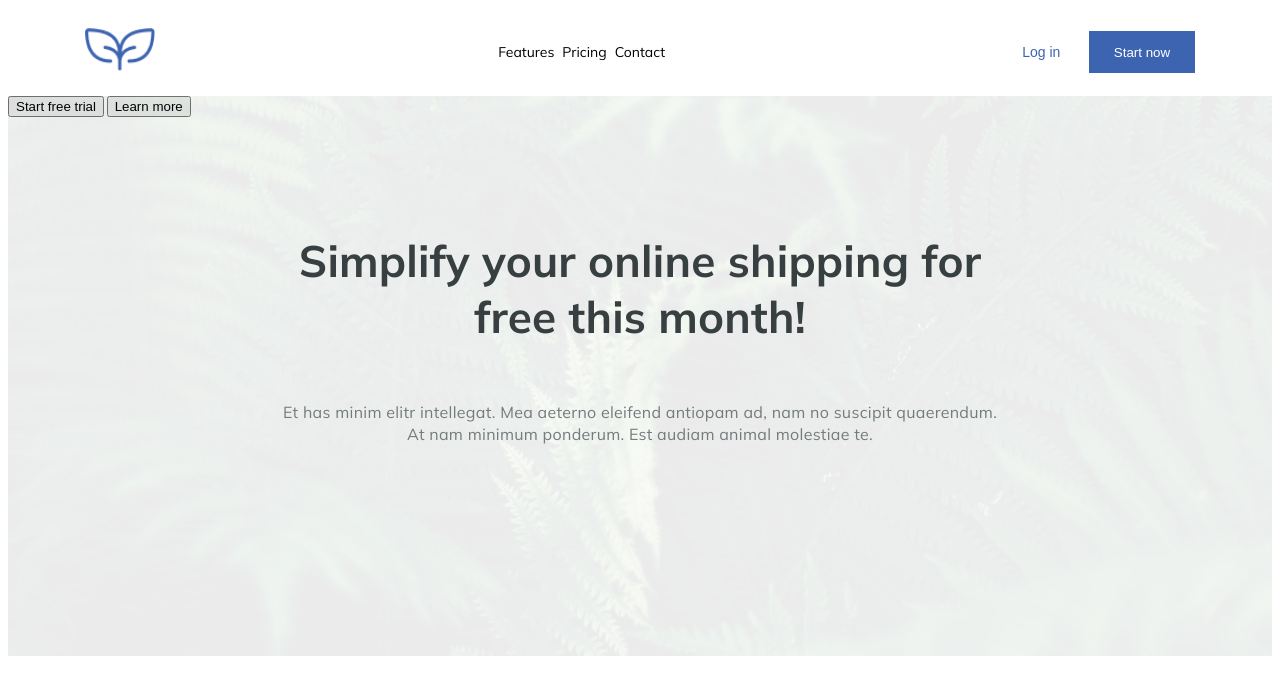
Repository: HoanTiny/FrontEnd_Examination
Page: index.html
An editor plug-in stored every save of this project. The page is shown before and after the next save, followed by the edit.
The browser window is 1280 px wide. The pictures show the whole page.

Above is the page before, as saved 2022-11-26 01:32:02.

### index.html
<!DOCTYPE html>
<html lang="en">
    <head>
        <meta charset="UTF-8" />
        <meta http-equiv="X-UA-Compatible" content="IE=edge" />
        <meta name="viewport" content="width=device-width, initial-scale=1.0" />
        <title>Document</title>
        <link rel="stylesheet" href="./acesst/css/style.css" />
        <link
            href="https://fonts.googleapis.com/css2?family=Mulish:wght@200;300;400;500;600;700;800&display=swap"
            rel="stylesheet"
        />
    </head>
    <body>
        <div class="wrapper">
            <div class="container">
                <header class="header">
                    <div class="header__logo">
                        <img src="./acesst/img/Logo.png" alt="" />
                    </div>
                    <div class="header__menu">
                        <span>Features</span>
                        <span>Pricing</span>
                        <span>Contact</span>
                    </div>
                    <div class="header__log">
                        <button type="button" class="btn_login">Log in</button>
                        <button type="button" class="btn_start">
                            Start now
                        </button>
                    </div>
                </header>
            </div>
            <div class="banner">
                <div class="banner__img"></div>
                <div class="banner__title">
                    <h2>Simplify your online shipping for free this month!</h2>
                    <p>
                        Et has minim elitr intellegat. Mea aeterno eleifend
                        antiopam ad, nam no suscipit quaerendum. At nam minimum
                        ponderum. Est audiam animal molestiae te.
                    </p>
                </div>
                <div class="banner__btn">
                    <button>Start free trial</button>
                    <button>Learn more</button>
                </div>
            </div>
        </div>
    </body>
</html>

### acesst/css/style.css
* {
  box-sizing: inherit;
}

html {
  font-family: "Mulish", sans-serif;
  box-sizing: border-box;
  font-size: 62.5%;
  line-height: 1.8rem;
}

body {
  font-family: "Mulish", sans-serif;
}

.wrapper {
  max-width: 1440px;
  margin: 0 auto;
}

.container {
  width: 1110px;
  margin: 0 auto;
}

.header {
  display: flex;
  justify-content: space-between;
  align-items: center;
  height: 88px;
}
.header__logo img {
  width: 70px;
  height: 43px;
}
.header__menu {
  font-size: 14px;
  display: flex;
  flex-direction: row;
}
.header__menu span {
  margin-right: 8px;
  cursor: pointer;
}
.header__log .btn_login {
  height: 18px;
  background-color: white;
  color: #3c64b1;
  font-size: 14px;
  border: transparent;
}
.header__log .btn_start {
  padding: 12px 18px;
  background-color: #3c64b1;
  color: white;
  border: #3c64b1;
  margin-left: 20px;
  width: 106px;
  height: 42px;
}

.banner {
  position: relative;
  height: 560px;
  left: 0px;
  right: 0px;
  top: 0px;
}
.banner__img {
  position: absolute;
  left: 0%;
  right: 0%;
  top: 0%;
  bottom: 0%;
  background: url("../img/bg.png");
}
.banner__title {
  display: flex;
  flex-direction: column;
  align-items: center;
  padding: 0px;
  gap: 56px;
  position: absolute;
  width: 730px;
  height: 286px;
  left: calc(50% - 365px);
  top: calc(50% - 143px);
}
.banner__title h2 {
  font-weight: 700;
  font-size: 44px;
  line-height: 56px;
  text-align: center;
  letter-spacing: 0.2px;
  color: #373f41;
  margin: 0;
}
.banner__title p {
  font-weight: 400;
  font-size: 16px;
  line-height: 22px;
  text-align: center;
  letter-spacing: 0.3px;
  color: #737b7d;
  margin: 0;
}
.banner__title .banner__btn {
  display: flex;
  flex-direction: row;
  align-items: center;
  padding: 0px;
  gap: 24px;
  flex: none;
  order: 1;
  flex-grow: 0;
}
.banner__title .banner__btn button {
  width: 136px;
  height: 42px;
  padding: 12px 18px;
}
.banner__title .banner__btn button:nth-child(1) {
  background: #3c64b1;
  border: none;
  color: white;
}
.banner__title .banner__btn button:nth-child(2) {
  border: 1px solid #3c64b1;
  color: #3c64b1;
}

.main__info {
  margin-top: 60px;
}
.main__info-heading {
  font-weight: 700;
  font-size: 32px;
  line-height: 40px;
  text-align: center;
  letter-spacing: 0.1px;
  color: #373f41;
}
.main__info p {
  font-weight: 400;
  font-size: 16px;
  line-height: 22px;
  text-align: center;
  letter-spacing: 0.3px;
  margin-top: 24px;
  color: #737b7d;
}
.main__field {
  margin-top: 35px;
  display: flex;
  justify-content: space-between;
}
.main__field-list {
  display: flex;
  flex-direction: column;
  align-items: center;
  padding: 0px;
  gap: 22px;
  margin-right: 30px;
}
.main__field-list:nth-child(3) {
  margin-right: 0;
}
.main__field-list img {
  width: 40px;
  height: 40px;
}
.main__field-list--headline {
  font-weight: 700;
  font-size: 18px;
  line-height: 24px;
  text-align: center;
  letter-spacing: 0.1px;
  color: #737b7d;
}
.main__field-list--title {
  font-weight: 400;
  font-size: 14px;
  line-height: 20px;
  text-align: center;
  letter-spacing: 0.2px;
  color: #373f41;
}
.main__field-list--discover {
  font-weight: 700;
  font-size: 14px;
  line-height: 18px;
  display: flex;
  align-items: center;
  text-align: center;
  letter-spacing: 0.3px;
  color: #3c64b1;
}
.main__introduce {
  margin-top: 48px;
  margin-bottom: 86px;
}
.main__introduce--one {
  display: flex;
  margin-bottom: 108px;
}
.main__introduce--one img {
  width: 540px;
  height: 440px;
}
.main__introduce--one .introduce__text {
  display: flex;
  flex-direction: column;
  align-items: center;
  justify-content: center;
  padding: 0px;
  gap: 56px;
  margin-left: 30px;
}
.main__introduce--one .introduce__text-headline {
  font-weight: 700;
  font-size: 32px;
  line-height: 40px;
  letter-spacing: 0.1px;
  color: #373f41;
}
.main__introduce--one .introduce__text-text {
  font-weight: 400;
  font-size: 16px;
  line-height: 22px;
  letter-spacing: 0.3px;
  color: #737b7d;
}
.main__introduce--one .introduce__text-btn {
  width: 100%;
}
.main__introduce--one .introduce__text-btn .btn {
  display: flex;
  justify-content: space-between;
  width: 100%;
}
.main__introduce--one .introduce__text-btn .btn input {
  margin-left: 0;
  width: 377px;
  height: 42px;
  background: #f4f5f4;
  border: #f4f5f4;
  padding: 11px 16px;
}
.main__introduce--one .introduce__text-btn .btn button {
  width: 139px;
  height: 42px;
  padding: 12px 18px;
  background: #3c64b1;
  border: #3c64b1;
  color: white;
}
.main__introduce--one .introduce__text-btn p {
  margin-top: 12px;
  font-weight: 600;
  font-size: 12px;
  line-height: 16px;
  letter-spacing: 0.2px;
  color: #737b7d;
}
.main__introduce--two {
  display: flex;
}
.main__introduce--two img {
  width: 540px;
  height: 440px;
}
.main__introduce--two .introduce__text2 {
  display: flex;
  flex-direction: column;
  justify-content: center;
}
.main__introduce--two .introduce__text2-headline {
  font-weight: 700;
  font-size: 32px;
  line-height: 40px;
  letter-spacing: 0.1px;
  color: #373f41;
}
.main__introduce--two .introduce__text2-content {
  margin-top: 56px;
  display: flex;
}
.main__introduce--two .introduce__text2-content .content1 img {
  width: 32px;
  height: 32px;
}
.main__introduce--two .introduce__text2-content .content1 p {
  font-weight: 400;
  font-size: 16px;
  line-height: 22px;
  letter-spacing: 0.3px;
  color: #737b7d;
  margin-top: 16px;
}
.main__footer {
  display: flex;
  align-items: center;
}
.main__footer-list {
  display: flex;
  flex-direction: column;
  align-items: center;
  padding: 0px;
  gap: 32px;
  margin-right: 30px;
}
.main__footer-list img {
  width: 255px;
  height: 260px;
}
.main__footer-list h3 {
  font-weight: 700;
  font-size: 18px;
  line-height: 24px;
  text-align: center;
  letter-spacing: 0.1px;
  color: #373f41;
}
.main__footer-list p {
  font-weight: 400;
  font-size: 14px;
  line-height: 20px;
  text-align: center;
  letter-spacing: 0.2px;
  color: #373f41;
}

/*# sourceMappingURL=style.css.map */

After the next save:
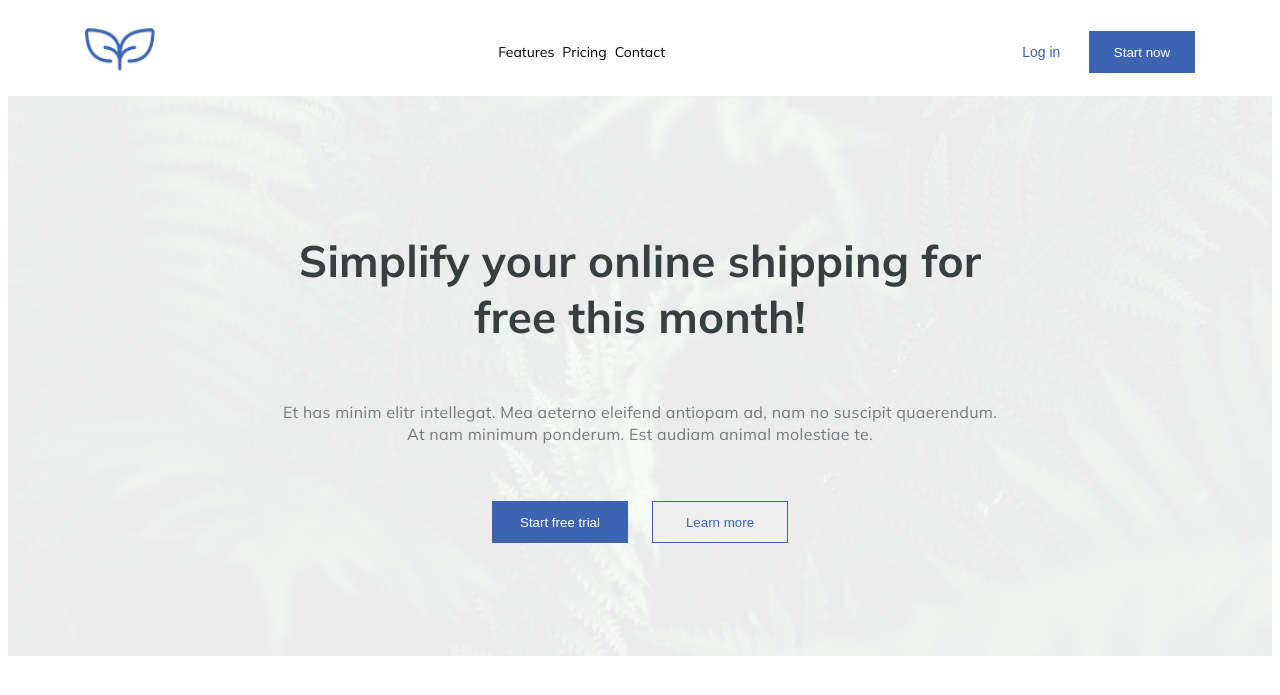
Saved 23 s later.
--- a/index.html
+++ b/index.html
@@ -40,10 +40,10 @@
                         antiopam ad, nam no suscipit quaerendum. At nam minimum
                         ponderum. Est audiam animal molestiae te.
                     </p>
-                </div>
-                <div class="banner__btn">
-                    <button>Start free trial</button>
-                    <button>Learn more</button>
+                    <div class="banner__btn">
+                        <button>Start free trial</button>
+                        <button>Learn more</button>
+                    </div>
                 </div>
             </div>
         </div>
